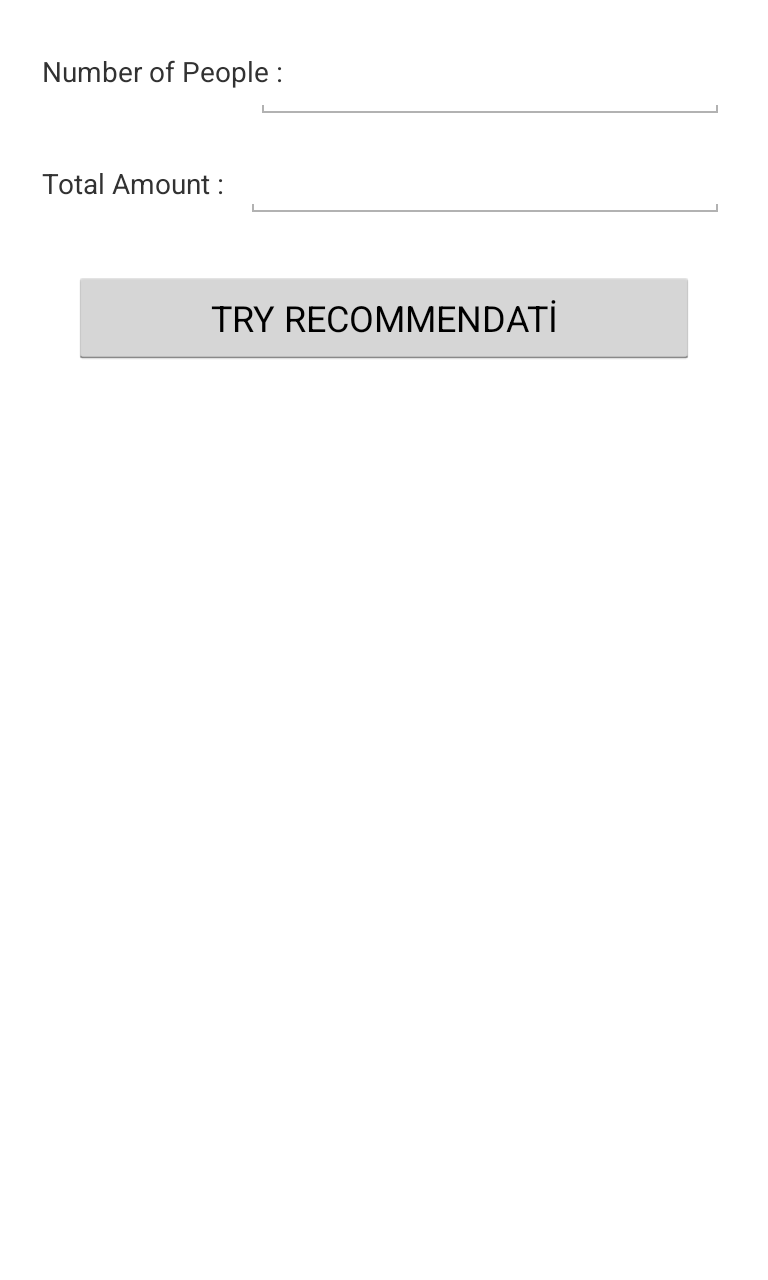
Repository: erenerdogan/ERMS
Layout: ERMSMobile/ERMS/res/layout/activity_try_recommendation.xml
The author's editor kept a copy of each file at every save. The layout is drawn from the files as they stood at one save, then again after the next save.
It is drawn on a 768 x 1280 px phone screen (xhdpi) without system bars, with theme AppTheme; the app's code is not run.

Above is the layout before, as saved 2013-12-21 19:25:44.

After the next save:
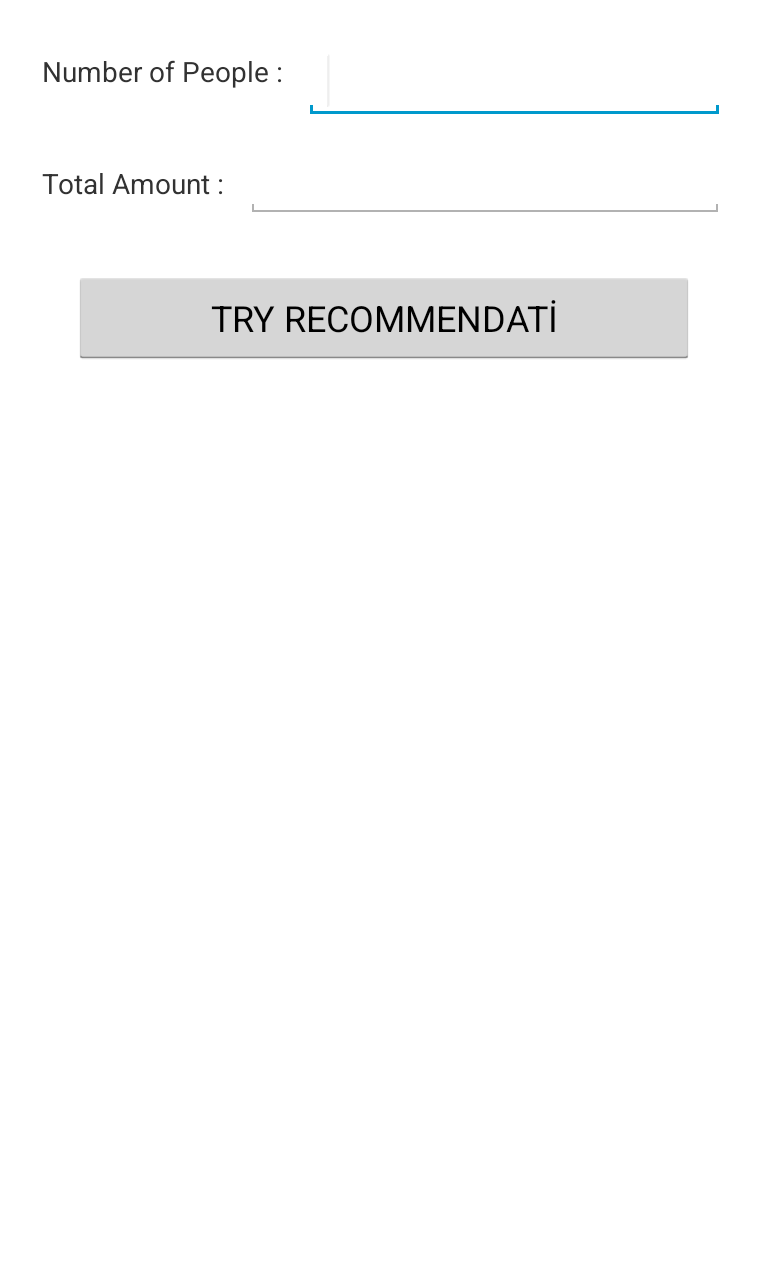
Saved 56 s later.
--- a/ERMSMobile/ERMS/res/layout/activity_try_recommendation.xml
+++ b/ERMSMobile/ERMS/res/layout/activity_try_recommendation.xml
@@ -7,19 +7,6 @@
     android:paddingRight="@dimen/activity_horizontal_margin"
     android:paddingTop="@dimen/activity_vertical_margin"
     tools:context=".TryRecommendationActivity" >
-
-    <EditText
-        android:id="@+id/tryPeopleEdit"
-        android:layout_width="wrap_content"
-        android:layout_height="wrap_content"
-        android:layout_alignLeft="@+id/tryAmountEdit"
-        android:layout_alignParentRight="true"
-        android:layout_alignRight="@+id/tryPeople"
-        android:layout_margin="5dip"
-        android:ems="10"
-        android:inputType="number" >
-
-    </EditText>
 
     <EditText
         android:id="@+id/tryAmountEdit"
@@ -65,4 +52,19 @@
         android:layout_margin="5dip"
         android:text="Number of People :" />
 
+    <EditText
+        android:id="@+id/tryPeopleEdit"
+        android:layout_width="wrap_content"
+        android:layout_height="wrap_content"
+        android:layout_alignParentRight="true"
+        android:layout_alignParentTop="true"
+        android:layout_margin="5dip"
+        android:layout_marginTop="20dp"
+        android:layout_toRightOf="@+id/tryPeople"
+        android:ems="10"
+        android:inputType="number" >
+
+        <requestFocus />
+    </EditText>
+
 </RelativeLayout>
